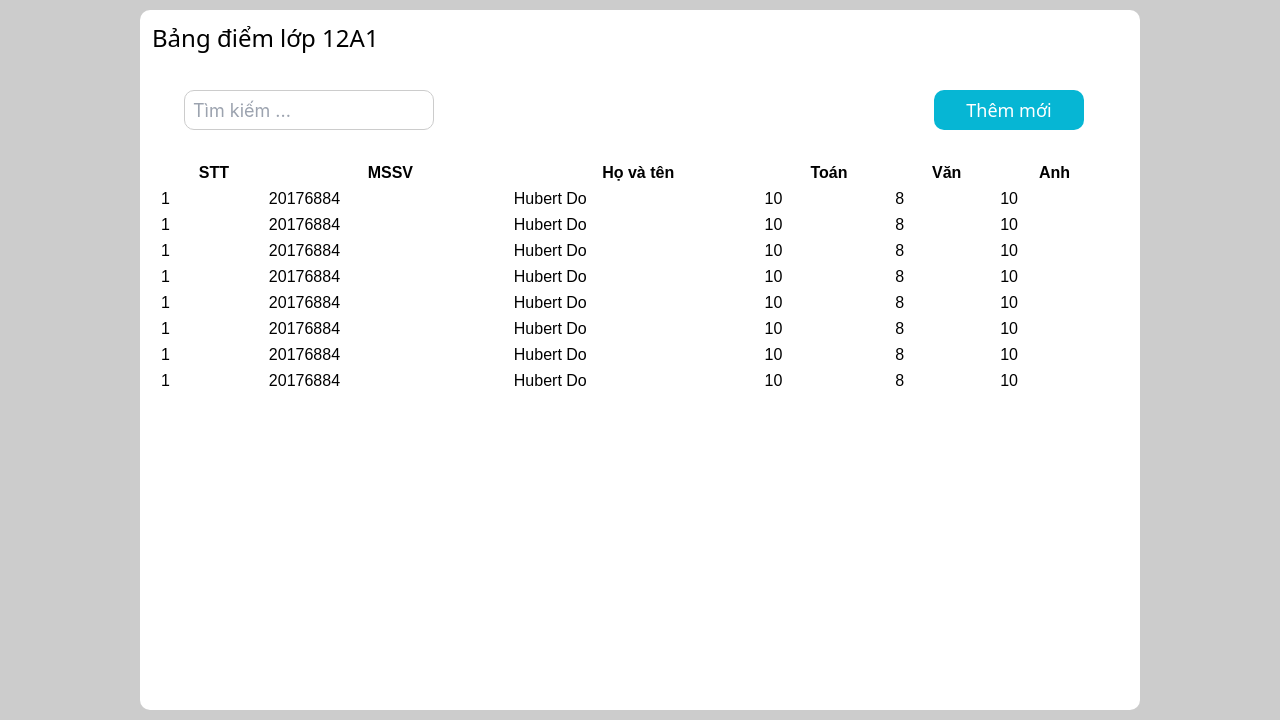
Repository: doducthuan/ReactJS-Movie
Page: /
These files come from the project's save history. The page is drawn as it stood at one moment and after the next save; the edit follows.
The browser window is 1280 px wide. The pictures show the whole page.
The project was rebuilt for these pictures with package versions that can differ from the ones it lists, and the page was loaded fresh each time. Also part of the build but not shown: src/App.css.

Above is the page before, as saved 2024-01-13 07:41:58.

### public/index.html
<!DOCTYPE html>
<html lang="en">
  <head>
    <meta charset="utf-8" />
    <link rel="icon" href="%PUBLIC_URL%/avatar_rmbg.png" />
    <meta name="viewport" content="width=device-width, initial-scale=1" />
    <meta name="theme-color" content="#000000" />
    <meta
      name="description"
      content="Web site created using create-react-app"
    />
    <link rel="apple-touch-icon" href="%PUBLIC_URL%/logo192.png" />
    <!--
      manifest.json provides metadata used when your web app is installed on a
      user's mobile device or desktop. See https://developers.google.com/web/fundamentals/web-app-manifest/
    -->
    <link rel="manifest" href="%PUBLIC_URL%/manifest.json" />
    <!--
      Notice the use of %PUBLIC_URL% in the tags above.
      It will be replaced with the URL of the `public` folder during the build.
      Only files inside the `public` folder can be referenced from the HTML.

      Unlike "/favicon.ico" or "favicon.ico", "%PUBLIC_URL%/favicon.ico" will
      work correctly both with client-side routing and a non-root public URL.
      Learn how to configure a non-root public URL by running `npm run build`.
    -->
    <title>Mèo Hen</title>
  </head>
  <body>
    <noscript>You need to enable JavaScript to run this app.</noscript>
    <div id="root"></div>
    <!--
      This HTML file is a template.
      If you open it directly in the browser, you will see an empty page.

      You can add webfonts, meta tags, or analytics to this file.
      The build step will place the bundled scripts into the <body> tag.

      To begin the development, run `npm start` or `yarn start`.
      To create a production bundle, use `npm run build` or `yarn build`.
    -->
  </body>
</html>

### src/App.js
import './App.css';
import Students from './components/students/Students';
function App() {
  return (
    <div className="App">
      <Students></Students>
    </div>
  );
}

export default App;

### src/components/students/Students.js
import React, { useMemo } from 'react';
import './styles.css';
import { useTable } from 'react-table';
import { COLUMNS } from './Columns';
const Students = () => {
    const data = [
        { stt: 1, id: 20176884, name: "Hubert Do", math: 10, literature: 8, english: 10 },
        { stt: 1, id: 20176884, name: "Hubert Do", math: 10, literature: 8, english: 10 },
        { stt: 1, id: 20176884, name: "Hubert Do", math: 10, literature: 8, english: 10 },
        { stt: 1, id: 20176884, name: "Hubert Do", math: 10, literature: 8, english: 10 },
        { stt: 1, id: 20176884, name: "Hubert Do", math: 10, literature: 8, english: 10 },
        { stt: 1, id: 20176884, name: "Hubert Do", math: 10, literature: 8, english: 10 },
        { stt: 1, id: 20176884, name: "Hubert Do", math: 10, literature: 8, english: 10 },
        { stt: 1, id: 20176884, name: "Hubert Do", math: 10, literature: 8, english: 10 },
    ];
    const columns = useMemo(() => COLUMNS, []);
    const { getTableProps, getTableBodyProps, headerGroups, rows, prepareRow } = useTable({ columns, data });
    return (
        <div className="full-view">
            <div className="border-data">
                <p className="font-sans text-2xl ml-3 mt-3">Bảng điểm lớp 12A1</p>
                <div className="table-data">
                    <div className="search-add mt-9 ml-6 mr-6 flex">
                        <input className="search-all text-lg" placeholder='Tìm kiếm ...' />
                        <button className="add-student font-sans text-lg bg-cyan-500 hover:bg-cyan-600 text-white">Thêm mới</button>
                    </div>
                    <div className="table-content">
                        <table {...getTableProps()}>
                            <thead>
                                {headerGroups.map((headerGroup) => (
                                    <tr {...headerGroup.getHeaderGroupProps()}>
                                        {headerGroup.headers.map((column) => (
                                            <th {...column.getHeaderProps()}>
                                                {column.render('Header')}
                                            </th>
                                        ))}
                                    </tr>
                                ))}
                            </thead>
                            <tbody {...getTableBodyProps()}>
                                {rows.map((row) => {
                                    prepareRow(row);
                                    return (
                                        <tr {...row.getRowProps()}>
                                            {row.cells.map((cell) => {
                                                return (
                                                    <td {...cell.getCellProps()}>
                                                        {cell.render('Cell')}
                                                    </td>
                                                );
                                            })}
                                        </tr>
                                    );
                                })}
                            </tbody>
                        </table>

                    </div>
                </div>

            </div>
        </div>
    );
};

export default Students;

### src/components/students/styles.css
.full-view{
    display: flex;
    justify-content: center;
    align-items: center;
    height: 100vh;
    background-color: #ccc;
}
.border-data{
    width: 1000px;
    height: 700px;
    background-color: #fff;
    border-radius: 10px;
}
.table-data{
    width: 95%;
    height: 600px;
    margin-left: 20px;
}
.search-add{
    gap: 500px;
    margin-bottom: 30px;
}
.search-all{
    width: 250px;
    height: 40px;
    border: 1px solid #ccc;
    border-radius: 10px;
    padding: 8px;
}
.add-student{
    width: 150px;
    height: 40px;
    border-radius: 10px;
}
table{
    font-family: sans-serif;
    border-collapse: collapse;
    width: 100%;
}

### src/components/students/Columns.js
export const COLUMNS = [
    { Header: "STT", accessor: "stt" },
    { Header: "MSSV", accessor: "id" },
    { Header: "Họ và tên", accessor: "name" },
    { Header: "Toán", accessor: "math" },
    { Header: "Văn", accessor: "literature" },
    { Header: "Anh", accessor: "english" },
];

Loaded but not shown: src/index.js (common file); src/index.css (common file); src/reportWebVitals.js (common file); tailwind.config.js (common file)

After the next save:
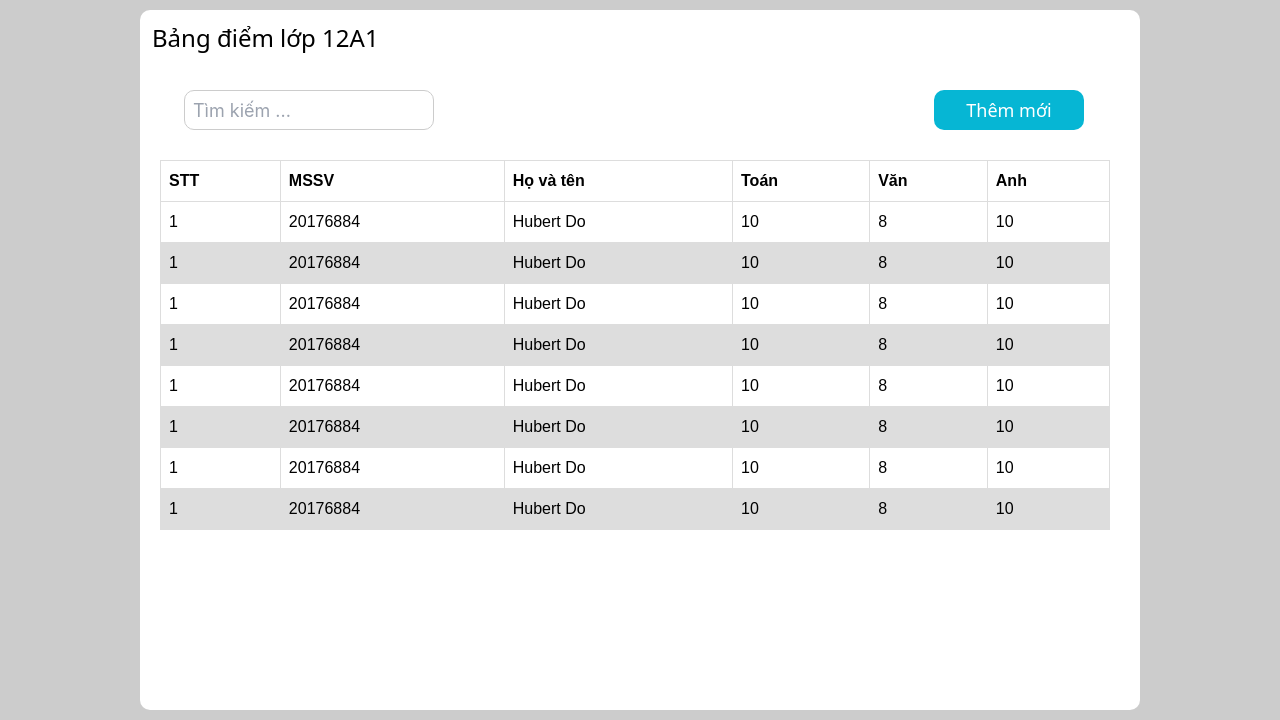
Saved 33 s later.
--- a/src/components/students/styles.css
+++ b/src/components/students/styles.css
@@ -37,3 +37,11 @@ table{
     border-collapse: collapse;
     width: 100%;
 }
+td,th {
+    border: 1px solid #dddddd;
+    text-align: left;
+    padding: 8px;
+}
+tr:nth-child(even) {
+    background-color: #dddddd;
+}
